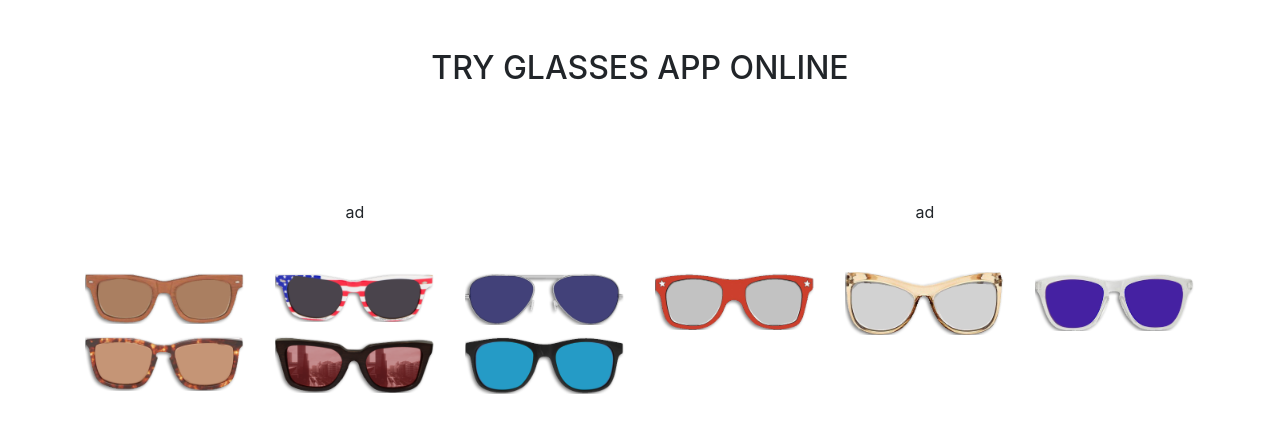
Repository: phongthanhh/ChoseGlass
Page: /
An editor plug-in stored every save of this project. The page is shown before and after the next save, followed by the edit.
The browser window is 1280 px wide. The pictures show the whole page.
The project was rebuilt for these pictures with package versions that can differ from the ones it lists, and the page was loaded fresh each time.

Above is the page before, as saved 2022-12-25 15:34:34.

After the next save:
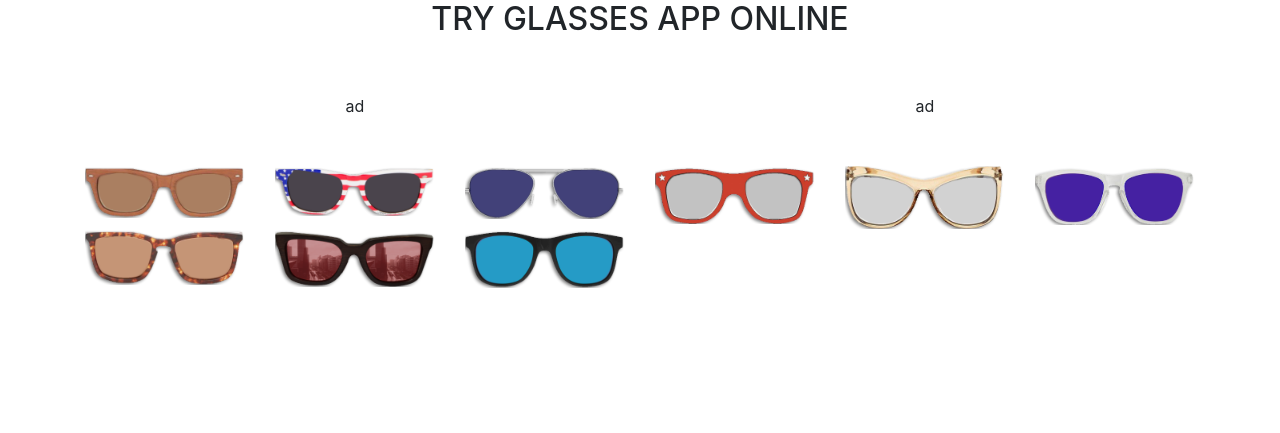
Saved 6 s later.
--- a/src/ChoseGlass/BTGlass.jsx
+++ b/src/ChoseGlass/BTGlass.jsx
@@ -83,7 +83,7 @@
         return (
             <div>
                 <section className='main'>
-                    <h2 className='py-5 alert '>TRY GLASSES APP ONLINE</h2>
+                    <h2 className=''>TRY GLASSES APP ONLINE</h2>
                     <div className="item container">
                         <div className="row py-5">
                             <div className="col-6">
